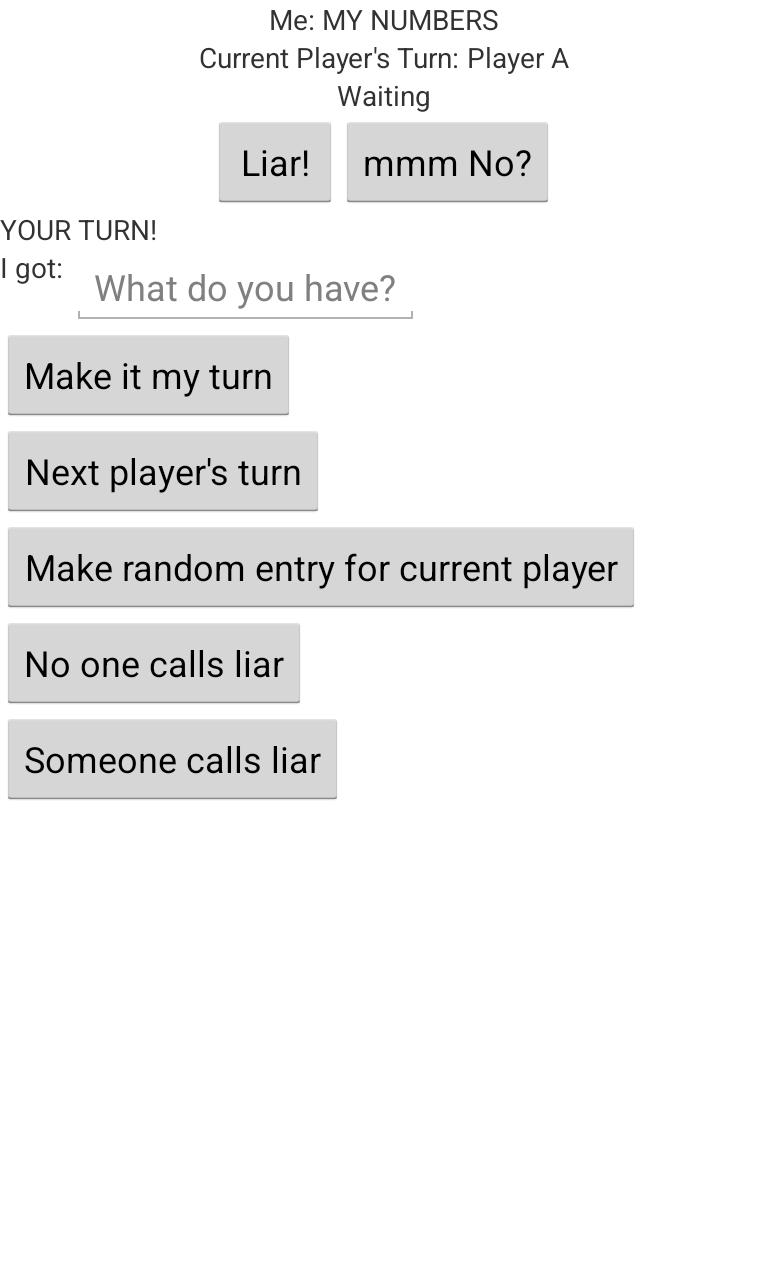
Repository: RayyLim/LiarPoker
Layout: LiarPoker/res/layout/gameroom_main.xml
These files come from the project's save history. The layout is drawn as it stood at one moment and after the next save; the edit follows.
It is drawn on a 768 x 1280 px phone screen (xhdpi) without system bars, with theme AppTheme; the app's code is not run.

Above is the layout before, as saved 2012-07-22 09:08:08.

After the next save:
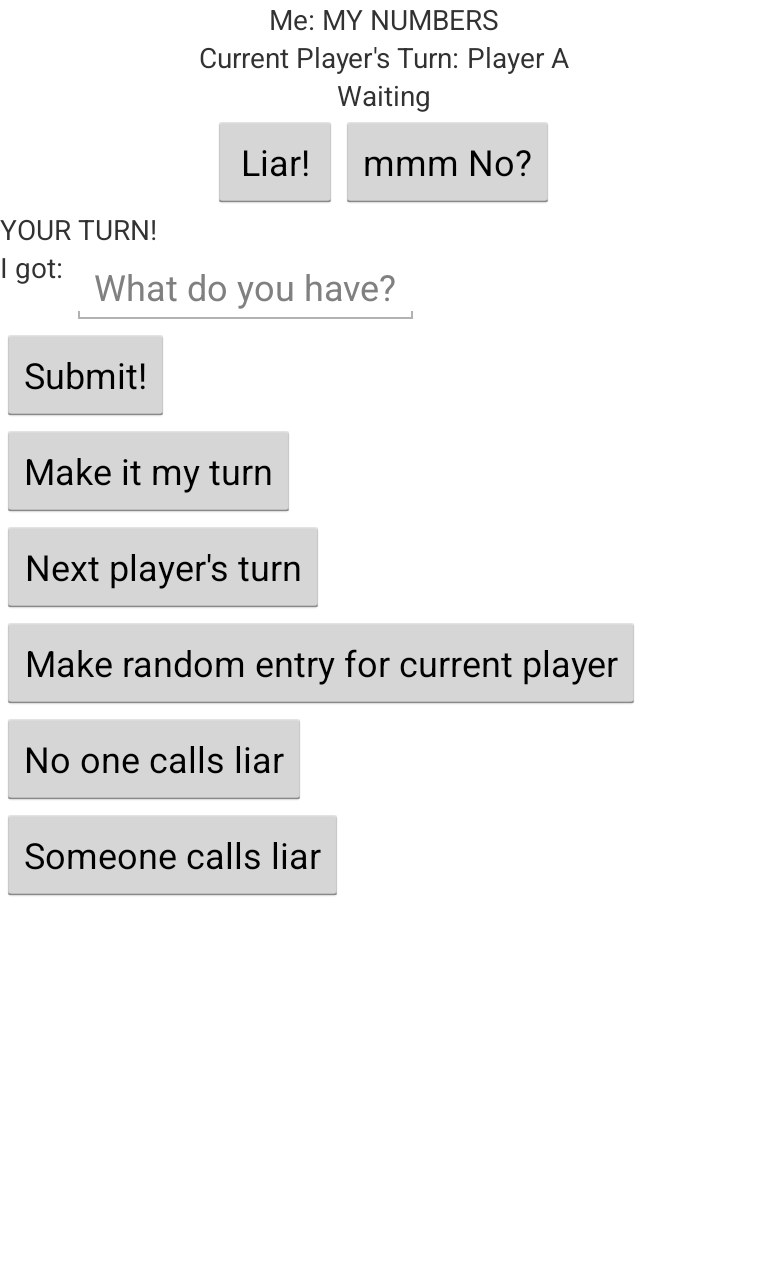
Saved 3 min 52 s later.
--- a/LiarPoker/res/layout/gameroom_main.xml
+++ b/LiarPoker/res/layout/gameroom_main.xml
@@ -61,6 +61,7 @@
 			</LinearLayout>
 
 	<LinearLayout
+	    android:id="@+id/myTurnLayout"
 	    android:layout_width="wrap_content"
 	    android:layout_height="wrap_content"
 	    android:orientation="vertical" >
@@ -82,7 +83,14 @@
         android:layout_gravity="center_horizontal"
         android:hint="@string/igot_message" />
 
+
 	</LinearLayout>
+				<Button
+			    android:id="@+id/submitButton"
+			    android:layout_width="wrap_content"
+			    android:layout_height="wrap_content"
+			    android:text="Submit!"
+			    android:onClick="submit"/>
 	</LinearLayout>
 
 			<Button
